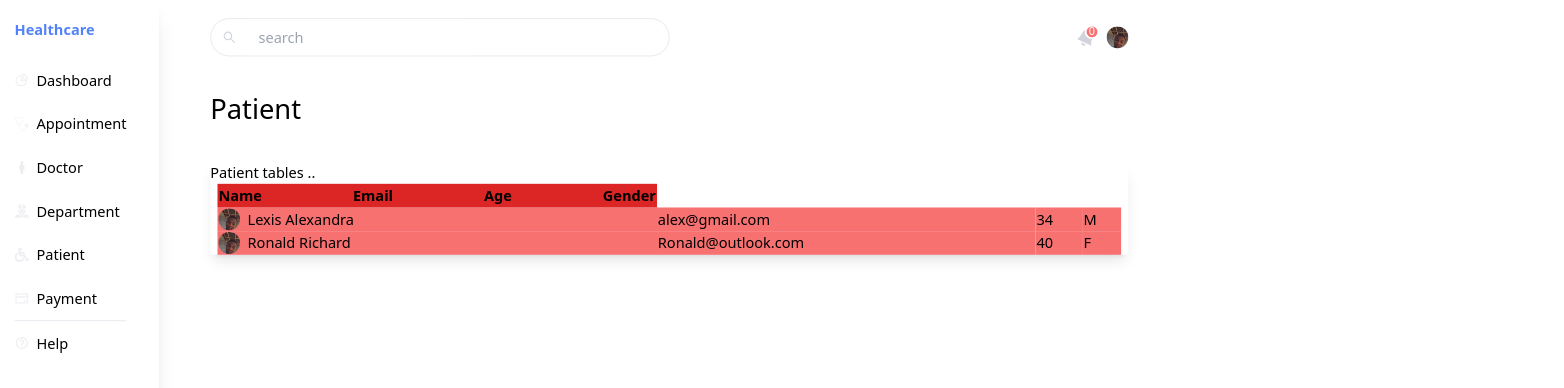
Repository: hisreal123/healthcare-dashboard
Page: /patient
These files come from the project's save history. The page is drawn as it stood at one moment and after the next save; the edit follows.
The browser window is 1280 px wide. The page is 1280 px wide, then 1719 px, then 1280 px, so the pictures cover 1719 px, including what lies to the right of the window. The pictures show the whole page, at 91% of full size.
The project was rebuilt for these pictures with package versions that can differ from the ones it lists, and the page was loaded fresh each time. Also part of the build but not shown: vite.config.ts, src/routes/Error.tsx, src/views/Dashboard.tsx, components/tables/AppointementTable.tsx, src/views/Appointment.tsx, src/views/Doctor.tsx, src/views/Department.tsx, src/views/Payment.tsx and 1 more.

Above is the page before, as saved 2023-05-05 18:59:47.

After the next save:
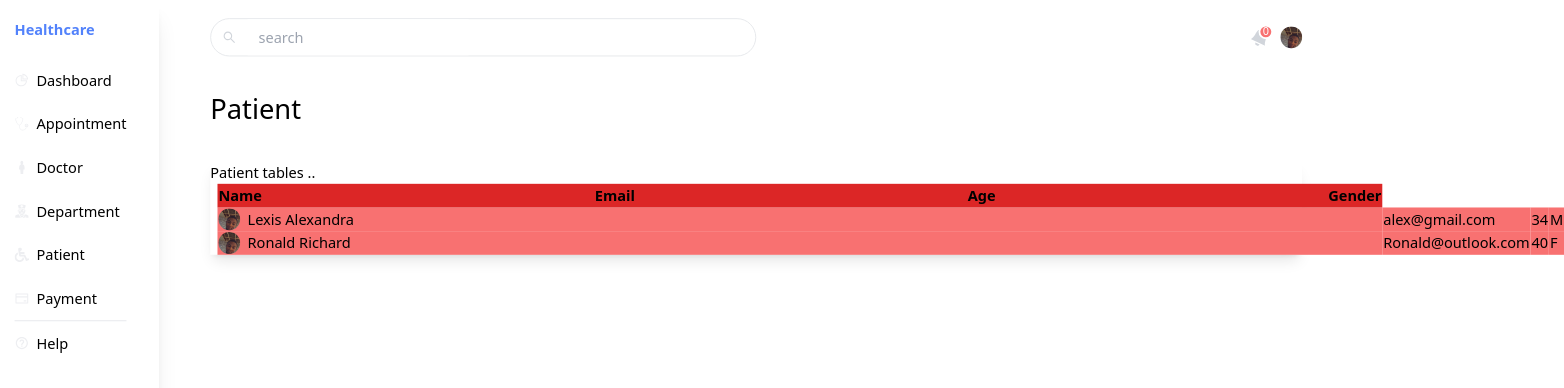
Saved 19 s later.
--- a/components/tables/PatientsTable.tsx
+++ b/components/tables/PatientsTable.tsx
@@ -40,7 +40,7 @@
             <>
                 <div className="wrap px-2 w-full">
                     <table className="w-full relative">
-                        <tr className="min:w-full justify-between flex relative bg-red-600">
+                        <tr className="w-screen justify-between flex relative bg-red-600">
                             <th>Name</th>
                             <th>Email</th>
                             <th>Age</th>

After the save that followed:
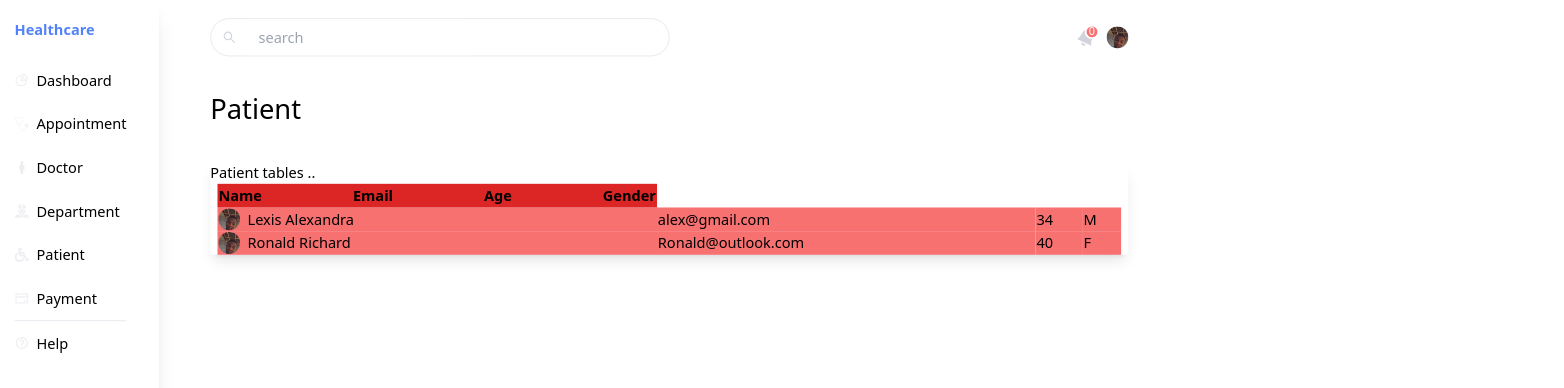
Saved 8 s later.
--- a/components/tables/PatientsTable.tsx
+++ b/components/tables/PatientsTable.tsx
@@ -40,7 +40,7 @@
             <>
                 <div className="wrap px-2 w-full">
                     <table className="w-full relative">
-                        <tr className="w-screen justify-between flex relative bg-red-600">
+                        <tr className="justify-between flex relative bg-red-600">
                             <th>Name</th>
                             <th>Email</th>
                             <th>Age</th>
